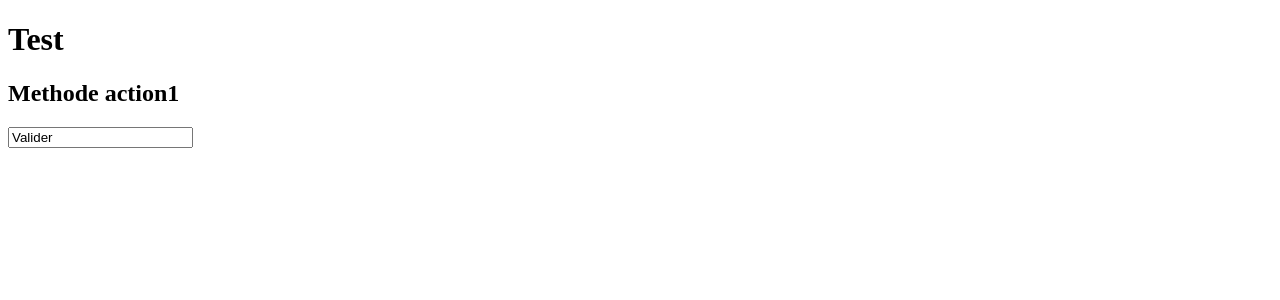
Repository: SenhajiMahmoud/SalimProject
Page: SalimProj/pizzSal/src/main/webapp/test.html
These files come from the project's save history. The page is drawn as it stood at one moment and after the next save; the edit follows.
The browser window is 1280 px wide. The pictures show the whole page.

Above is the page before, as saved 2016-02-07 00:58:41.

After the next save:
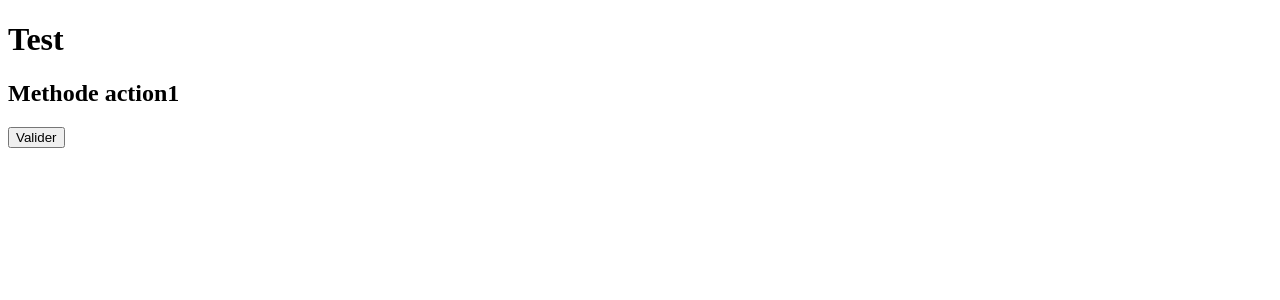
Saved 14 s later.
--- a/SalimProj/pizzSal/src/main/webapp/test.html
+++ b/SalimProj/pizzSal/src/main/webapp/test.html
@@ -10,7 +10,7 @@
 	<form action="/a01.do">
 		<h2>Methode action1</h2>
 
-		<input type="text" value="Valider">
+		<input type="submit" value="Valider">
 	</form>
 </body>
 </html>
